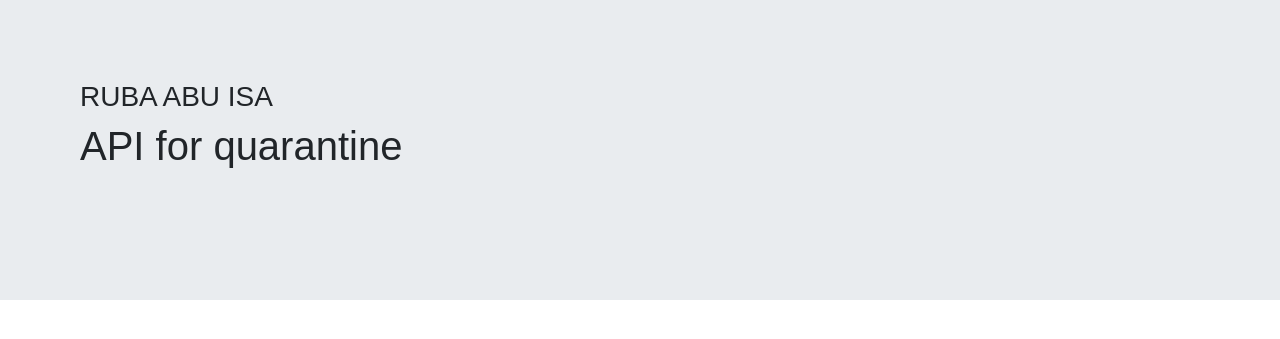
Repository: rubaabu/Fullstack-bitberry
Page: server/index.html
An editor plug-in stored every save of this project. The page is shown before and after the next save, followed by the edit.
The browser window is 1280 px wide. The pictures show the whole page.

Above is the page before, as saved 2020-04-02 15:50:04.

### server/index.html
<!DOCTYPE html>
<html lang="en">
<head>
    <meta charset="UTF-8">
    <meta name="viewport" content="width=device-width, initial-scale=1.0">
    <title>Ruba</title>

    <link rel="stylesheet" type="text/css" href="style.css">
    <link rel="stylesheet" href="https://stackpath.bootstrapcdn.com/bootstrap/4.4.1/css/bootstrap.min.css" integrity="sha384-Vkoo8x4CGsO3+Hhxv8T/Q5PaXtkKtu6ug5TOeNV6gBiFeWPGFN9MuhOf23Q9Ifjh" crossorigin="anonymous">
</head>
<body>
    <header>
        <div class="header">
            <h3>RUBA ABU ISA</h3>
            <h1>API for quarantine</h1>
        </div>
    </header>
    <main class="container">

    </main>
</body>
</html>

### server/style.css
header {
    background-color: #E9ECEF;
    height: 300px;
    padding-left: 80px;
    padding-top: 80px;
}
header .header {
    font-family: sans-serif;
}

After the next save:
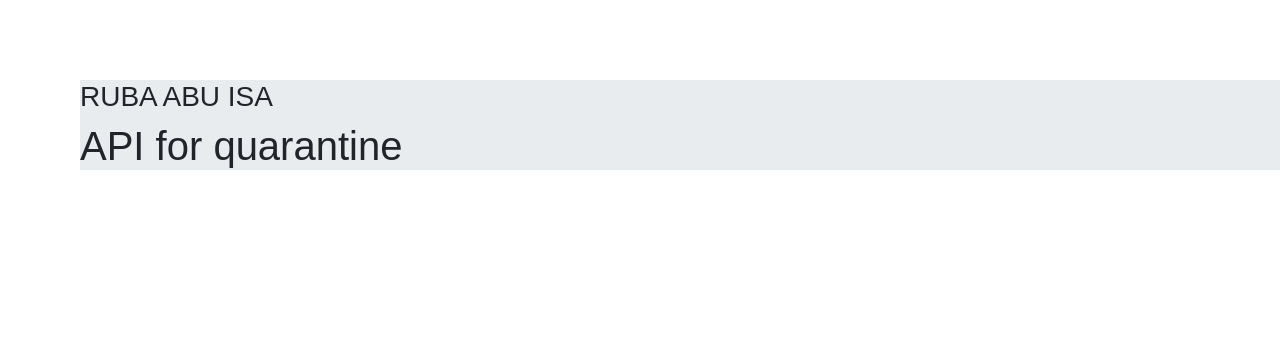
Saved 39 s later.
--- a/server/style.css
+++ b/server/style.css
@@ -1,9 +1,10 @@
 header {
-    background-color: #E9ECEF;
     height: 300px;
     padding-left: 80px;
     padding-top: 80px;
 }
 header .header {
+    background-color: #E9ECEF;
+
     font-family: sans-serif;
 }

After the save that followed:
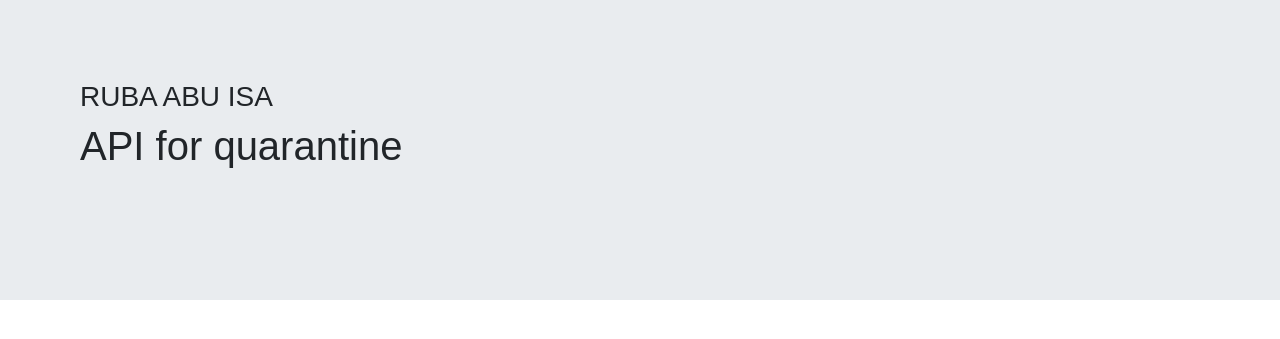
Saved 5 s later.
--- a/server/style.css
+++ b/server/style.css
@@ -1,10 +1,9 @@
 header {
+    background-color: #E9ECEF;
     height: 300px;
     padding-left: 80px;
     padding-top: 80px;
 }
 header .header {
-    background-color: #E9ECEF;
-
     font-family: sans-serif;
 }
